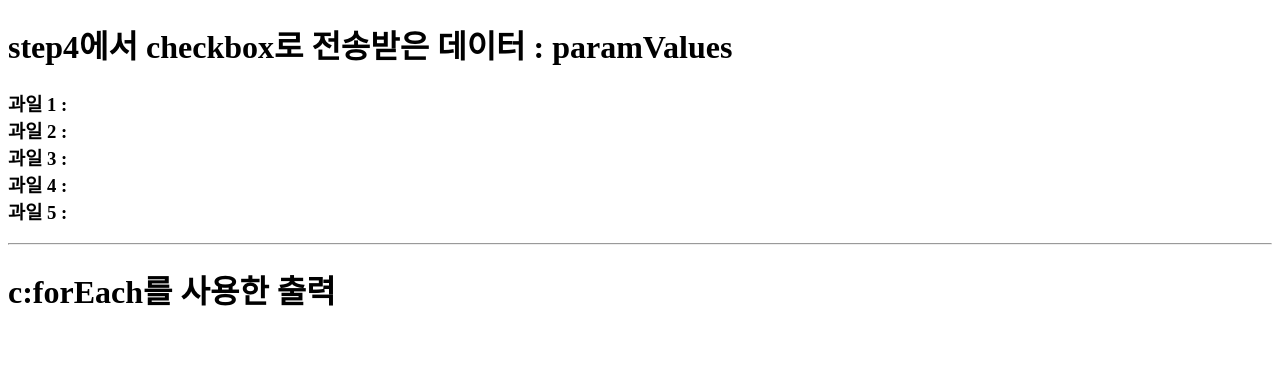
Repository: HaeunOh/study
Page: http://localhost/jstl_study/step-5.jsp
The author's editor kept a copy of each file at every save. The page is drawn from the files as they stood at one save, then again after the next save.
The browser window is 1280 px wide. The pictures show the whole page.
The page is served by Tomcat 9.

Above is the page before, as saved 2024-04-11 03:59:35.

After the next save:
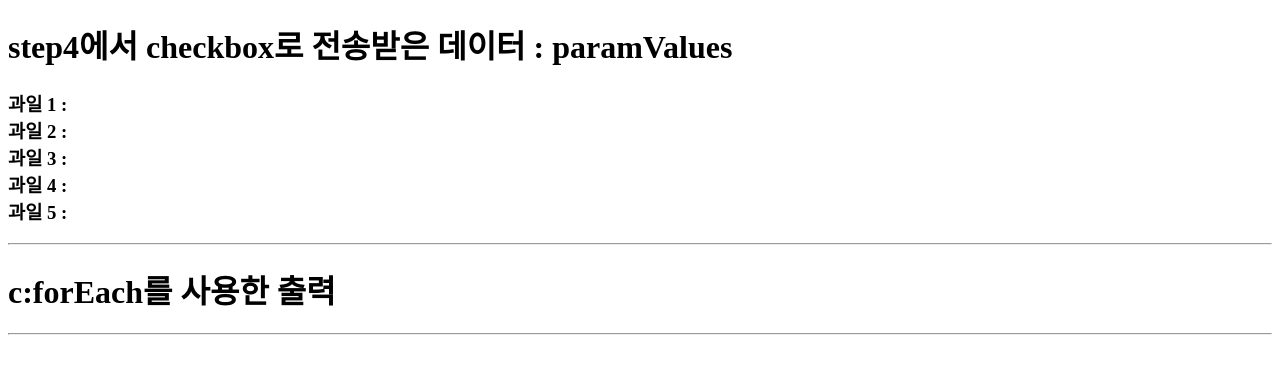
Saved 3 min 26 s later.
--- a/_jstl_workspace/jstl_study/src/main/webapp/step-5.jsp
+++ b/_jstl_workspace/jstl_study/src/main/webapp/step-5.jsp
@@ -26,5 +26,17 @@
 	 	</h3>
 	</c:forEach>
 
+	<hr>
+
+	<%
+		String friends[] = {"삼겹살","소주","족발","맥주"};
+		//java Controller에서 jsp로 데이터 보낼 때
+		request.setAttribute("fr", friends);
+	%>
+
+	<c:forEach items="${requestScope.fr }" var="fname" varStatus="i">
+
+	</c:forEach>
+
 </body>
 </html>
